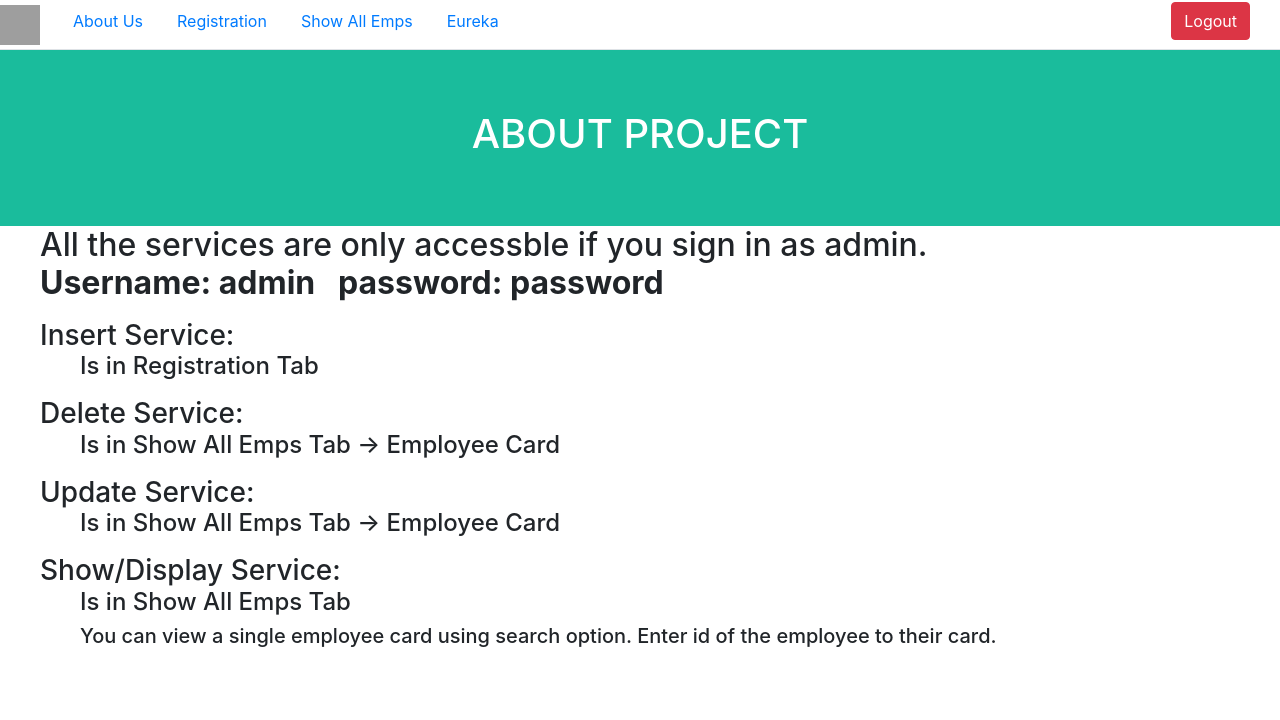
Repository: Shwetank-Chaudhary/EmployeeManagement-
Page: HomePage/src/main/webapp/AboutUs.html
The author's editor kept a copy of each file at every save. The page is drawn from the files as they stood at one save, then again after the next save.
The browser window is 1280 px wide. The pictures show the whole page.
Pictures or frames that could not be fetched are drawn as grey boxes.

Above is the page before, as saved 2024-01-01 17:20:00.

After the next save:
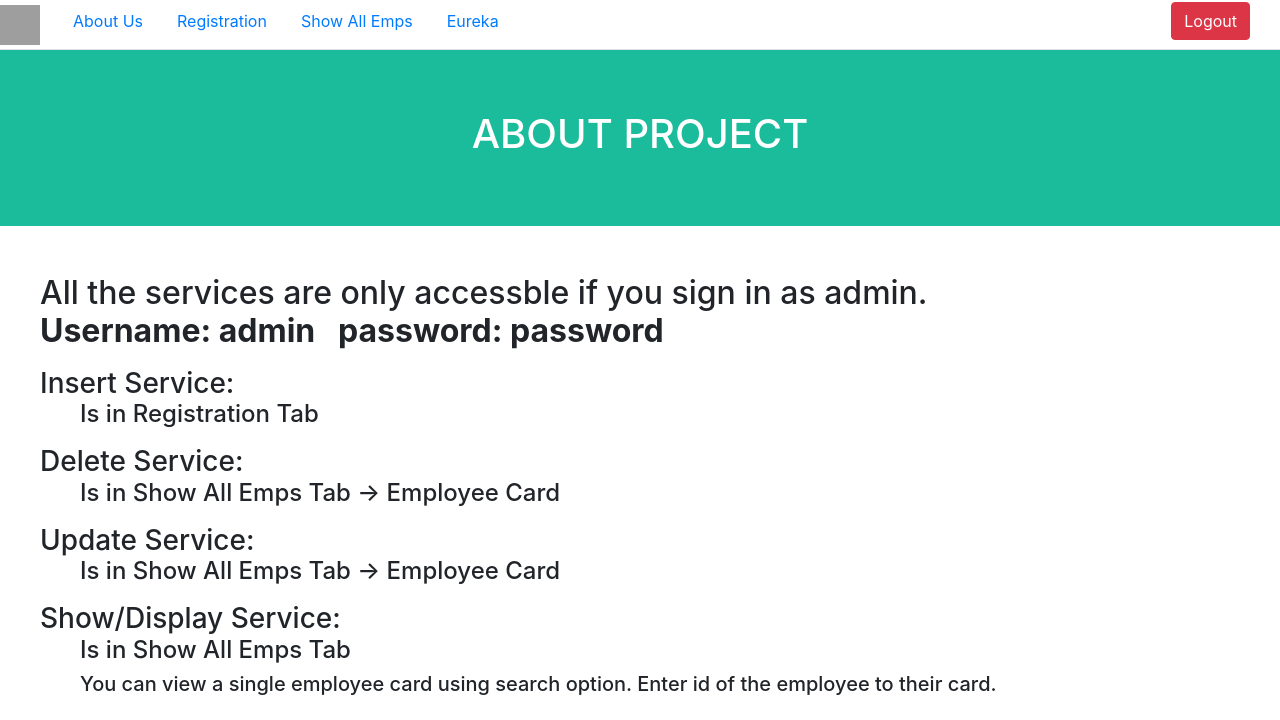
Saved 27 s later.
--- a/HomePage/src/main/webapp/AboutUs.html
+++ b/HomePage/src/main/webapp/AboutUs.html
@@ -53,7 +53,7 @@
 	</ul>
 	<div class="header">
 		<h1>ABOUT PROJECT</h1>
-	</div>
+	</div><br><br>
 		<ul><h2>All the services are only accessble if you sign in as admin.<br>
 		<b>Username: admin &nbsp; password: password</b></h2></ul>
 		<h3>
